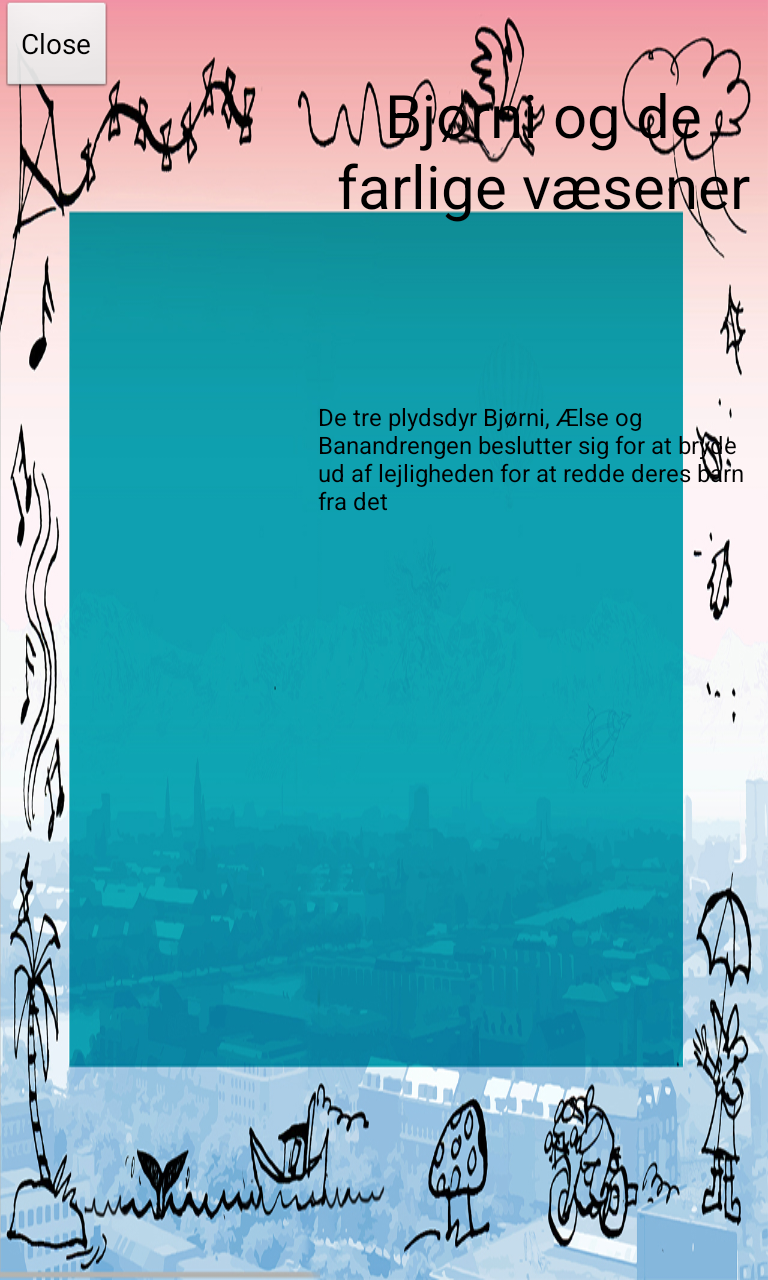
Repository: DreadMuffin/work
Layout: tablets/Historie/res/layout/popup3.xml
The author's editor kept a copy of each file at every save. The layout is drawn from the files as they stood at one save, then again after the next save.
It is drawn on a 768 x 1280 px phone screen (xhdpi) without system bars, with theme android:Theme.NoTitleBar; the app's code is not run.

Above is the layout before, as saved 2015-02-26 04:43:29.

### tablets/Historie/res/layout/popup3.xml
<RelativeLayout xmlns:android="http://schemas.android.com/apk/res/android"
    android:id="@+id/popup_element3"
    xmlns:tools="http://schemas.android.com/tools"
    android:layout_width="match_parent"
    android:layout_height="match_parent"
    android:background="@drawable/popupwp"
    tools:context=".Historie" >

	<Button
	android:id="@+id/btn_close_popup"
	android:layout_width="wrap_content"
	android:layout_height="wrap_content"
	android:layout_gravity="center"
	android:text="Close" />

	<TextView
	    android:layout_width="500dp"
	    android:layout_height="75dp"
	    android:layout_above="@+id/txt"
	    android:layout_alignLeft="@+id/txt"
	    android:layout_marginBottom="88dp"
	    android:gravity="center"
	    android:text="Bjørni og de farlige væsener i den virkelige verden"
	    android:textColor="#000000"
	    android:textSize="30sp" />

	<TextView
	    android:id="@+id/txt"
	    android:layout_width="500dp"
	    android:layout_height="300dp"
	    android:layout_alignParentBottom="true"
	    android:layout_marginBottom="140dp"
	    android:layout_marginLeft="102dp"
	    android:layout_toRightOf="@+id/btn_close_popup"
	    android:text="De tre plydsdyr Bjørni, Ælse og Banandrengen beslutter sig for at bryde ud af lejligheden for at redde deres barn fra det "
	    android:textColor="#000000"
	    android:textSize="12sp" />

</RelativeLayout>

After the next save:
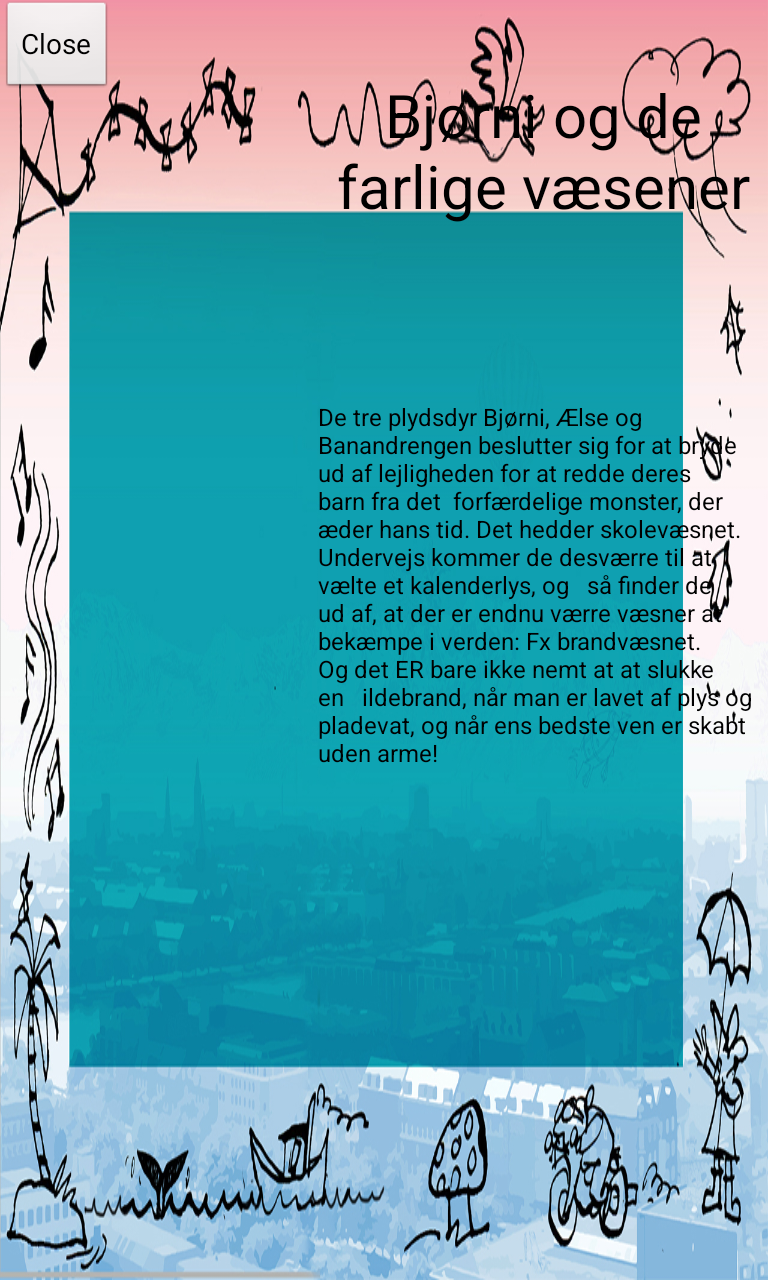
Saved 64 s later.
--- a/tablets/Historie/res/layout/popup3.xml
+++ b/tablets/Historie/res/layout/popup3.xml
@@ -32,7 +32,13 @@
 	    android:layout_marginBottom="140dp"
 	    android:layout_marginLeft="102dp"
 	    android:layout_toRightOf="@+id/btn_close_popup"
-	    android:text="De tre plydsdyr Bjørni, Ælse og Banandrengen beslutter sig for at bryde ud af lejligheden for at redde deres barn fra det "
+	    android:text="De tre plydsdyr Bjørni, Ælse og Banandrengen beslutter sig for at bryde ud af lejligheden for at redde deres barn fra det
+
+forfærdelige monster, der æder hans tid. Det hedder skolevæsnet. Undervejs kommer de desværre til at vælte et kalenderlys, og
+
+så finder de ud af, at der er endnu værre væsner at bekæmpe i verden: Fx brandvæsnet. Og det ER bare ikke nemt at at slukke en
+
+ildebrand, når man er lavet af plys og pladevat, og når ens bedste ven er skabt uden arme!"
 	    android:textColor="#000000"
 	    android:textSize="12sp" />
 
